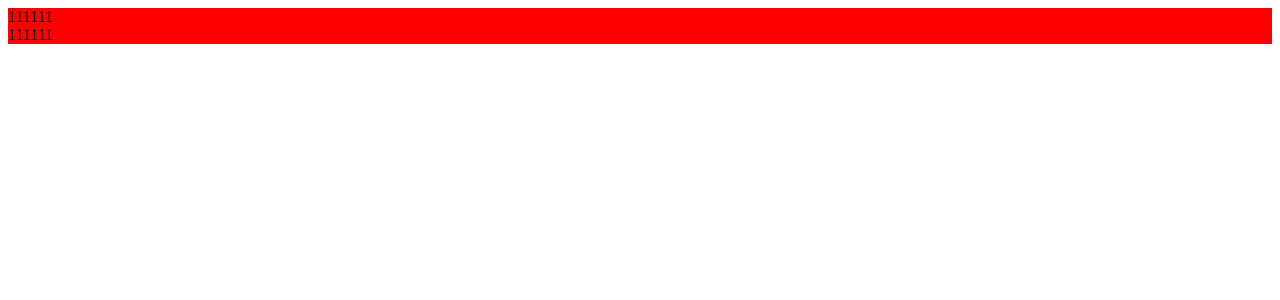
Repository: xiemin2161/mytest
Page: 01-指令.html
These files come from the project's save history. The page is drawn as it stood at one moment and after the next save; the edit follows.
The browser window is 1280 px wide. The pictures show the whole page.

Above is the page before, as saved 2023-02-02 15:03:36.

After the next save:
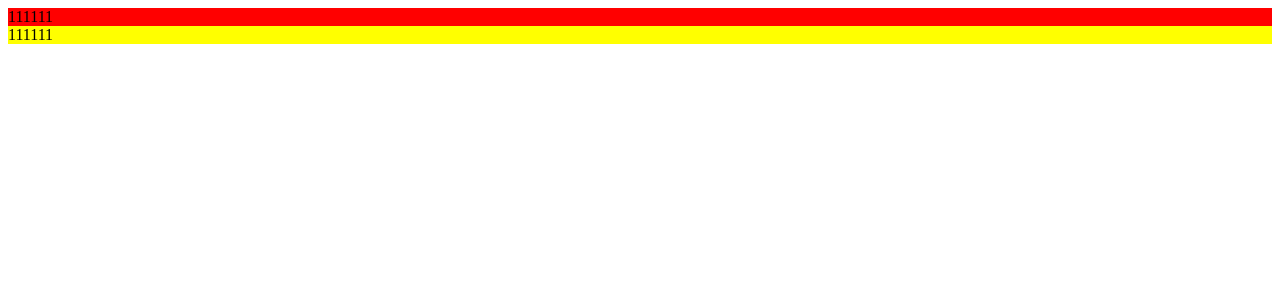
Saved 13 s later.
--- a/01-指令.html
+++ b/01-指令.html
@@ -24,7 +24,7 @@
           //插入
           // console.log("当前节点插入到父节点中了");
           console.log(el, bind);
-          el.style.background = "red";
+          el.style.background = bind.value;
         },
       });
       new Vue({
